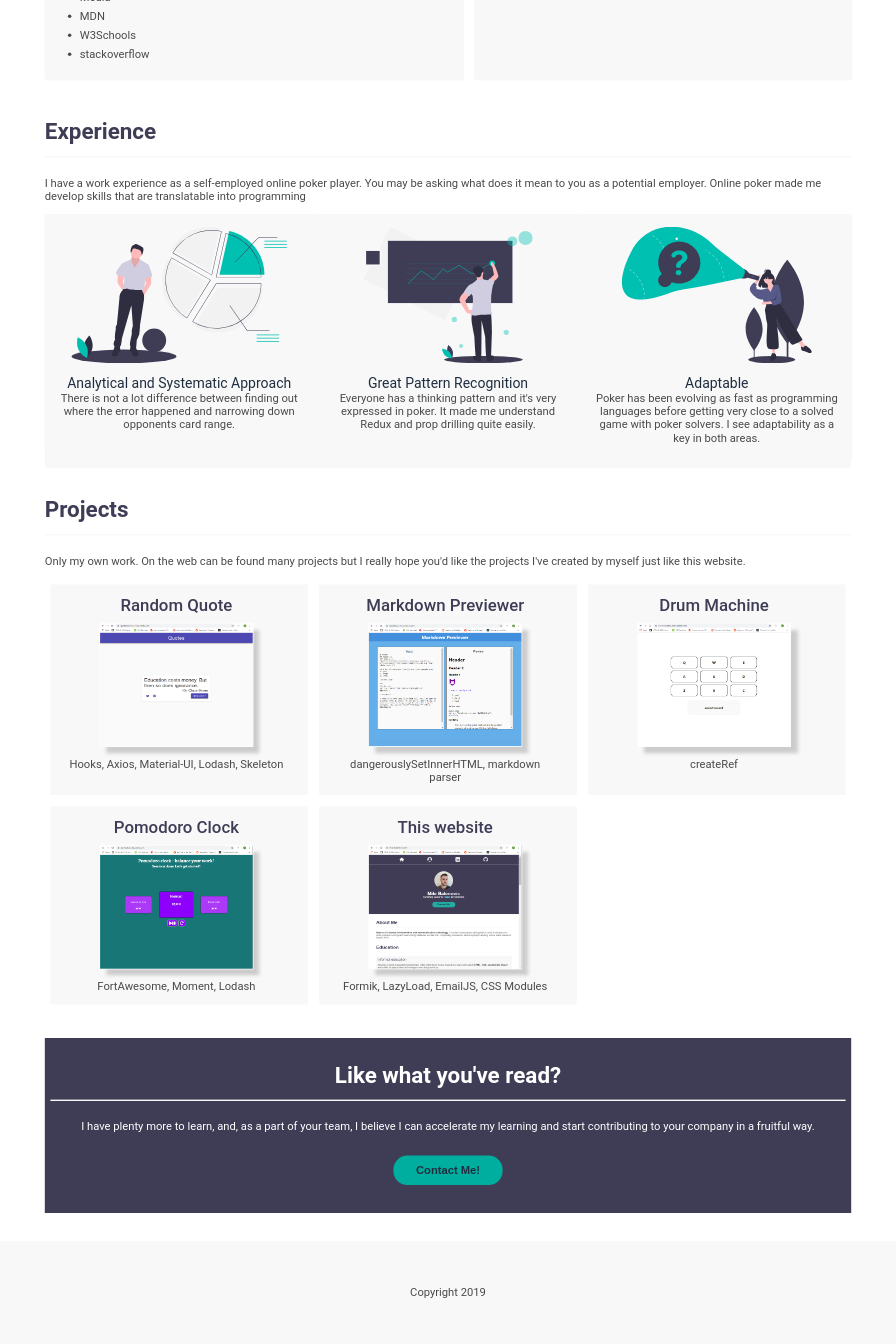
Repository: milac0/my-website
Page: /
The author's editor kept a copy of each file at every save. The page is drawn from the files as they stood at one save, then again after the next save.
The browser window is 1280 px wide. The pictures show the part of the page from y = 917 to 2837 px (the page is 2837 px tall before and 2820 px after), at 70% of full size.
The project was rebuilt for these pictures with package versions that can differ from the ones it lists, and the page was loaded fresh each time. Also part of the build but not shown: src/components/formContact.module.css, src/components/FormContact.js, src/pages/contact.module.css, src/pages/Contact.js. Imported but missing from the stored project, and not drawn on this page: src/resume.pdf.

Above is the page before, as saved 2019-10-29 20:04:59.

### public/index.html
<!DOCTYPE html>
<html lang="en">
  <head>
    <meta charset="utf-8" />
    <link rel="icon" href="%PUBLIC_URL%/favicon.ico" />
    <meta name="viewport" content="width=device-width, initial-scale=1" />
    <meta name="theme-color" content="#000000" />
    <meta
      name="description"
      content="Web site created using create-react-app"
    />
    <!--
      manifest.json provides metadata used when your web app is installed on a
      user's mobile device or desktop. See https://developers.google.com/web/fundamentals/web-app-manifest/
    -->
    <link rel="manifest" href="%PUBLIC_URL%/manifest.json" />
    <!--
      Notice the use of %PUBLIC_URL% in the tags above.
      It will be replaced with the URL of the `public` folder during the build.
      Only files inside the `public` folder can be referenced from the HTML.

      Unlike "/favicon.ico" or "favicon.ico", "%PUBLIC_URL%/favicon.ico" will
      work correctly both with client-side routing and a non-root public URL.
      Learn how to configure a non-root public URL by running `npm run build`.
    -->
    <title>Mile Balenovic</title>
  </head>
  <body>
    <noscript>You need to enable JavaScript to run this app.</noscript>
    <div id="root"></div>
    <!--
      This HTML file is a template.
      If you open it directly in the browser, you will see an empty page.

      You can add webfonts, meta tags, or analytics to this file.
      The build step will place the bundled scripts into the <body> tag.

      To begin the development, run `npm start` or `yarn start`.
      To create a production bundle, use `npm run build` or `yarn build`.
    -->
  </body>
</html>

### src/index.css
html, body {
  height: 100%;
}

body {
  margin: 0;
  font-family: 'Roboto', sans-serif;
  -webkit-font-smoothing: antialiased;
  -moz-osx-font-smoothing: grayscale;
}

/*****
  Navbar & Hero
*****/

header,
.hero {
  background:#3F3D56;
  border-bottom: 0.1px solid #ffffff;
  text-align: center;
}

.hero {
  margin-bottom: 2em;
}

.container {
  width: 90%;
  max-width: 1200px;
  margin: 0 auto;
}

nav li {
  list-style: none;
  max-width: 400px;
  margin: 0 auto;
  display: flex;
  justify-content: space-evenly;
  align-items: center;
}

.nav-item:hover {
  filter: invert(0.1);
}
nav ul {
  padding: 0;
}

.hero {
  margin-bottom: 2.5em;
}

.hero-profile {
  padding: 3em 0;
}

.hero-profile-image {
  width: 128px;
  height: 128px;
  background-color: #F8F8F9;
  margin: 0 auto;
  margin-bottom: 0.5em;
  border-radius: 50%;
}

.hero-profile-title,
.hero-profile-subtitle {
  color: #ffffff;
}

.hero-profile h1 {
  margin: 0;
  font-size: 2rem;
}

.hero-profile p {
  font-size: 1rem;
  margin: 0;
  margin-top: -0.25rem;
  margin-bottom: 1.5em;
}

.hero-profile-subtitle strong {
  font-weight: 700;
  color: #61dafb;
}

.button-cta,
.button-home {
  background: #00AEA0;
  color: #1f2e3f;
  padding: 0.75em 2em;
  border: none;
  border-radius: 20px;
  font-size: 1rem;
  font-weight: 700;
  text-decoration: none;
}

.button-cta:hover,
.button-cta:focus {
  background: #00C1B1;
  color: #1f2e3f;
  cursor: pointer;
}

.button-home {
  background: #ffffff;
  border: 2px solid #1f2e3f;
  padding: 0.3em 1em;
}

.button-home:hover,
.button-home:focus {
  border: 2px solid #ffffff;
 filter: invert(0.1);
}

/*****
  Typography
*****/

h1 {
  color: #3F3D56;
}

h2 {
  color: #3F3D56;
  font-size: 1.5rem;
  font-weight: 500;
  margin: 0;
}

p,
ul {
  color: #4a4a4a;
}

.section-skill h2 {
  color: #1F2E3F;
  font-size: 1.25rem;
  font-weight: 400;
  margin: 0;
}

.section-body {
  font-size: 1rem;
  margin-bottom: 1em;
}

#section-cta .section-title,
#section-cta .section-body {
  color: #ffffff;
}

/*****
  Layout
*****/
section {
  margin-bottom: 2.5em;
}

.section-title {
  border-bottom: 2px solid #F8F8F9;
  font-size: 2rem;
  padding-bottom: 0.5em;
}

.article-education,
.section-skill {
  box-shadow: 2px 2px #F8F8F9;
  border: 2px solid #F8F8F9;
  margin-bottom: 1em;
  padding: 0.5em;
}

.article-education li{
  margin-bottom: 0.5em;
}

.section-skill {
  background: #F8F8F9;
  text-align: center;
}

.section-skill p {
  margin: 0;
}

.responsive-container {
    width: 100%;
    padding-bottom: 56.25%; /* 9/16 = aspect ratio of image */
    position: relative;
    margin: 0 auto 1em auto;
}

.section-skill-image {
  height: 100%;
  width: 100%;
  position: absolute;
  left: 0;
  right: 0;
  margin: auto;
}

article {
  background: #F8F8F9;
  padding: 1em 2em 0.5em 1.5em;
  margin-bottom: 0.5em;
}

article p {
  margin-top: 1em;
  margin-bottom: 0.5em;
}

article h2 {
  margin-bottom: 0.5em;
}

.projects article {
  text-align: center;
}

.project-image {
  height: 100%;
  width: 70%;
  position: absolute;
  left: 0;
  right: 0;
  top: 0;
  bottom: 0;
  margin: auto;
  cursor: pointer;
  border: 1px solid #fff;
  box-shadow: 10px 10px 5px #ccc;
}

.project-image:hover {
  filter: invert(0.1);
}

#section-cta {
  padding-bottom: 5em;
  background: #3F3D56;
}

#section-cta{
  text-align: center;
  padding: 0.5em;
}

#section-cta .button-cta {
  margin: 1em 0 2em 0;
}

footer {
  background: #F8F8F9;
  padding: 3em 0;
  width: 100%;
  text-align: center;
  flex-shrink: 0;
}

.invalid-feedback {
  color: #D8000C;
  font-size: 0.75rem;
  font-family: 'Roboto', sans-serif;
}

@media (min-width: 752px) {
  nav li {
    max-width: 100%;
    margin: 0 auto;
    display: flex;
    justify-content: flex-end;
    align-items: center;
    position: relative;
  }

  nav ul {
    margin-left: 3em;
  }

  .nav-home-item {
    position: absolute;
    left: 0;
    margin: 0;
  }

  .articles-education {
    display: flex;
    flex-direction: row;
    justify-content: space-between;
  }

  .education-one {
    margin-right: 0.5em;
  }

  .education-two {
    margin-left: 0.5em;
  }

  .section-skills {
    background: #F8F8F9;
    display: flex;
    flex-direction: row;
    align-items: baseline;
  }
  .section-skill {
    flex: 1 1 200px;
    padding: 1em;
  }

  .projects {
    display: grid;
    grid-template-columns: repeat(auto-fit,minmax(340px, 1fr));
   }

   .projects article {
    margin: 0.5em;
  }
}

### src/App.js
import React from 'react';
import {
  BrowserRouter as Router,
  Switch,
  Route,
} from "react-router-dom";
import Home from './pages/Home'
import Contact from './pages/Contact';

function App() {
  return (
      <Router>
        <Switch>
        <Route path ="/" exact component={Home} />
        <Route path ="/contact" component={Contact} />
        </Switch>
      </Router>

  );
}

export default App;

### src/pages/Home.js
import React, { Fragment } from "react";
import Navbar from "../components/Navbar";
import Hero from "../components/Hero";
import AboutMe from "../components/AboutMe";
import Education from "../components/Education";
import Experience from "../components/Experience";
import Projects from "../components/Projects";
import SectionCTA from "../components/SectionCTA";
import Footer from "../components/Footer";

const Home = () => {
  return (
    <Fragment>
      <Navbar />
      <Hero />
      <main>
        <div className="container">
          <AboutMe />
          <Education />
          <Experience />
          <Projects />
          <SectionCTA />
        </div>
      </main>
      <Footer />
    </Fragment>
  );
};

export default Home;

### src/components/Navbar.js
import React from "react";
import { Link } from "react-router-dom";

import resumeIcon from "../images/resume.png";
import linkedinIcon from "../images/linkedin.png";
import githubIcon from "../images/github.png";
import homeIcon from "../images/home.png";
import resumePdf from "../resume.pdf";

//mui
import Tooltip from "@material-ui/core/Tooltip";

const Navbar = () => {
  return (
    <header>
      <div className="container">
        <nav>
          <li>
            <ul className="nav-home-item">
              <Tooltip title="Home">
                <Link to="/">
                  <img className="nav-item" src={homeIcon} alt="home" />
                </Link>
              </Tooltip>
            </ul>
            <ul>
              <Tooltip title="Resume">
                <a href={resumePdf} download target="_self">
                  <img className="nav-item" src={resumeIcon} alt="resume" />
                </a>
              </Tooltip>
            </ul>
            <ul>
              <Tooltip title="Linkedin">
                <a
                  href="https://www.linkedin.com/in/mile-balenovi%C4%87-a4ab9188/"
                  target="_blank"
                  rel="noopener noreferrer"
                >
                  <img className="nav-item" src={linkedinIcon} alt="linkedin" />
                </a>
              </Tooltip>
            </ul>
            <ul>
              <Tooltip title="Github">
                <a
                  href="https://github.com/milac0"
                  target="_blank"
                  rel="noopener noreferrer"
                >
                  <img className="nav-item" src={githubIcon} alt="github" />
                </a>
              </Tooltip>
            </ul>
          </li>
        </nav>
      </div>
    </header>
  );
};

export default Navbar;

### src/components/Hero.js
import React from "react";
import { Link } from "react-router-dom";
import profileImg from "../images/profile.png";

const Hero = () => {
  return (
    <div className="hero">
      <div className="container">
        <div className="hero-profile">
          <div className="hero-profile-image">
            <img src={profileImg} alt="profile" />
          </div>
          <h1 className="hero-profile-title">Mile Balenovic</h1>
          <p className="hero-profile-subtitle">
            Switching career to <strong>React</strong> development
          </p>
          <Link to="/contact">
            <button className="button-cta">Contact Me!</button>
          </Link>
        </div>
      </div>
    </div>
  );
};

export default Hero;

### src/components/AboutMe.js
import React from "react";

const AboutMe = () => {
  return (
    <section>
      <h1 className="section-title">About Me</h1>
      <p className="section-body">
        <strong>
          Master of Science in Information and Communication Technology.
        </strong>{" "}
        Constant learning and skill growth motivate me, while problem-solving
         and overcoming obstacles excite me. Completely involved
        in JavaScript upon ending online poker career in March 2019.
      </p>
    </section>
  );
};

export default AboutMe;

### src/components/Education.js
import React from "react";

const Education = () => {
  return (
    <section>
      <h1 className="section-title">Education</h1>
      <div className="articles-education">
      <article className="article-education education-one">
        <h2>Informal Education</h2>
        <p>
          Internet is full of programming materials. Sites listed down below
          helped me learn a lot about
          <strong> HTML</strong>, <strong>CSS</strong>,{" "}
          <strong>JavaScript</strong>,<strong> React</strong> and a little bit
          about other technologies from the ground up
        </p>
        <ul>
          <li>freeCodeCamp.org</li>
          <li>Udemy courses from Andrew Mead and Maximilian Schwarzmüller</li>
          <li>
            Youtube tutorials from channels: classNameed, The Net Ninja, Travery
            Media{" "}
          </li>
          <li>MDN</li>
          <li>W3Schools</li>
          <li>stackoverflow</li>
        </ul>
      </article>
      <article className="article-education education-two">
        <h2>Formal Education</h2>
        <ul>
          <li>
            <strong>
              University of Zagreb, Faculty of Electrical Engineering and
              Computing
            </strong>
            , Master of Science in Information and Communication Technology -
            Oct 2011 - Sep 2014
          </li>
          <li>
            <strong>
              University of Zagreb, Faculty of Electrical Engineering and
              Computing
            </strong>
            , Bachelor of Science in Computing - Oct 2008 - Jun 2011
          </li>
          <li>
            <strong>Technical School of Ruđer Bošković</strong> - Sep 2004 - May
            2008
          </li>
        </ul>
      </article>
      </div>
    </section>
  );
};

export default Education;

### src/components/Experience.js
import React from "react";
import LazyLoad from "react-lazyload";
import analyticalImg from "../images/analytical.svg";
import patternImg from "../images/pattern.svg";
import adaptiveImg from "../images/adaptive.svg";

const Experience = () => {
  return (
    <section>
      <h1 className="section-title">Experience</h1>
      <p className="section-body">
        I have a work experience as a self-employed online poker player. You may
        be asking what does it mean to you as a potential employer. Online poker
        made me develop skills that are translatable into programming
      </p>
      <div className="section-skills">
      <div className="section-skill">
      <div className="section-skill-image-container">
        <LazyLoad>
          <div className="responsive-container">
          <img
            className="section-skill-image"
            src={analyticalImg}
            alt="analytical"
          />
          </div>
        </LazyLoad>
        </div>
        <h2>Analytical and Systematic Approach</h2>
        <p>
          There is not a lot difference between finding out where the error happened
          and narrowing down opponents card range.
        </p>
      </div>
      <div className="section-skill">
        <LazyLoad>
        <div className="responsive-container">
          <img className="section-skill-image" src={patternImg} alt="pattern" />
          </div>
        </LazyLoad>
        <h2>Great Pattern Recognition</h2>
        <p>
          Everyone has a thinking pattern and it's very expressed in poker. It made
          me understand Redux and prop drilling quite easily.
        </p>
      </div>
      <div className="section-skill">
        <LazyLoad>
        <div className="responsive-container">
          <img className="section-skill-image" src={adaptiveImg} alt="" />
          </div>
        </LazyLoad>
        <h2>Adaptable</h2>
        <p>
          Poker has been evolving as fast as programming languages before
          getting very close to a solved game with poker solvers. I see adaptability
          as a key in both areas.
        </p>
      </div>
      </div>
    </section>
  );
};

export default Experience;

### src/components/Projects.js
import React from "react";
import LazyLoad from "react-lazyload";

import quoteImg from "../images/quote.PNG";
import markdownImg from "../images/markdown.PNG";
import pomodoroImg from "../images/pomodoro.PNG";
import drumImg from "../images/drum.PNG";
import thissiteImg from '../images/thissite.PNG'

const Projects = () => {
  return (
    <section>
      <h1 className="section-title">Projects</h1>
      <p className="section-body">
        Only my own work. On the web can be found many projects but I really hope
        you'd like the projects I've created by myself just like this website.
      </p>
      <div className="projects">
      <article>
        <h2>Random Quote</h2>
        <a
          href="https://quotemachine-milac.netlify.com/"
          target="_blank"
          rel="noopener noreferrer"
        >
          <LazyLoad>
          <div className="responsive-container">
            <img className="project-image" src={quoteImg} alt="quote-machine" />
            </div>
          </LazyLoad>
        </a>
        <p>Hooks, Axios, Material-UI, Lodash, Skeleton</p>
      </article>
      <article>
        <h2>Markdown Previewer</h2>
        <a
          href="https://markdown-milac.netlify.com/"
          target="_blank"
          rel="noopener noreferrer"
        >
          <LazyLoad>
          <div className="responsive-container">
            <img
              className="project-image"
              src={markdownImg}
              alt="markdown-previewer"
            />
            </div>
          </LazyLoad>
        </a>
        <p>dangerouslySetInnerHTML, markdown parser</p>
      </article>
      <article>
        <h2>Drum Machine</h2>
        <a
          href="https://drummachine-milac.netlify.com/"
          target="_blank"
          rel="noopener noreferrer"
        >
          <LazyLoad>
          <div className="responsive-container">
            <img className="project-image" src={drumImg} alt="drum-machine" />
            </div>
          </LazyLoad>
        </a>
        <p>createRef</p>
      </article>
      <article>
        <h2>Pomodoro Clock</h2>
        <a
          href="https://pomodoro-clo.netlify.com/"
          target="_blank"
          rel="noopener noreferrer"
        >
          <LazyLoad>
          <div className="responsive-container">
            <img
              className="project-image"
              src={pomodoroImg}
              alt="pomodoro clock"
            />
            </div>
          </LazyLoad>
        </a>
        <p>FortAwesome, Moment, Lodash</p>
      </article>
      <article>
        <h2>This website</h2>
        <a
          href="https://mile-balenovic.com/"
          target="_blank"
          rel="noopener noreferrer"
        >
          <LazyLoad>
          <div className="responsive-container">
            <img
              className="project-image"
              src={thissiteImg}
              alt="this website"
            />
            </div>
          </LazyLoad>
        </a>
        <p>Formik, LazyLoad, EmailJS, CSS Modules</p>
      </article>
      </div>
    </section>
  );
};

export default Projects;

### src/components/SectionCTA.js
import React from "react";
import { Link } from "react-router-dom";

const SectionCTA = () => {
  return (
    <section id="section-cta">
      <h1 className="section-title">Like what you've read?</h1>
      <p className="section-body">
        I have plenty more to learn, and, as a part of your team, I believe I can
        accelerate my learning and start contributing to your company in a fruitful way.
      </p>
      <Link to="/contact">
        <button className="button-cta">Contact Me!</button>
      </Link>
    </section>
  );
};

export default SectionCTA;

### src/components/Footer.js
import React from "react";

const Footer = () => {
  return (
    <footer>
      <p> Copyright 2019</p>
    </footer>
  );
};

export default Footer;

Loaded but not shown: src/index.js (common file)

After the next save:
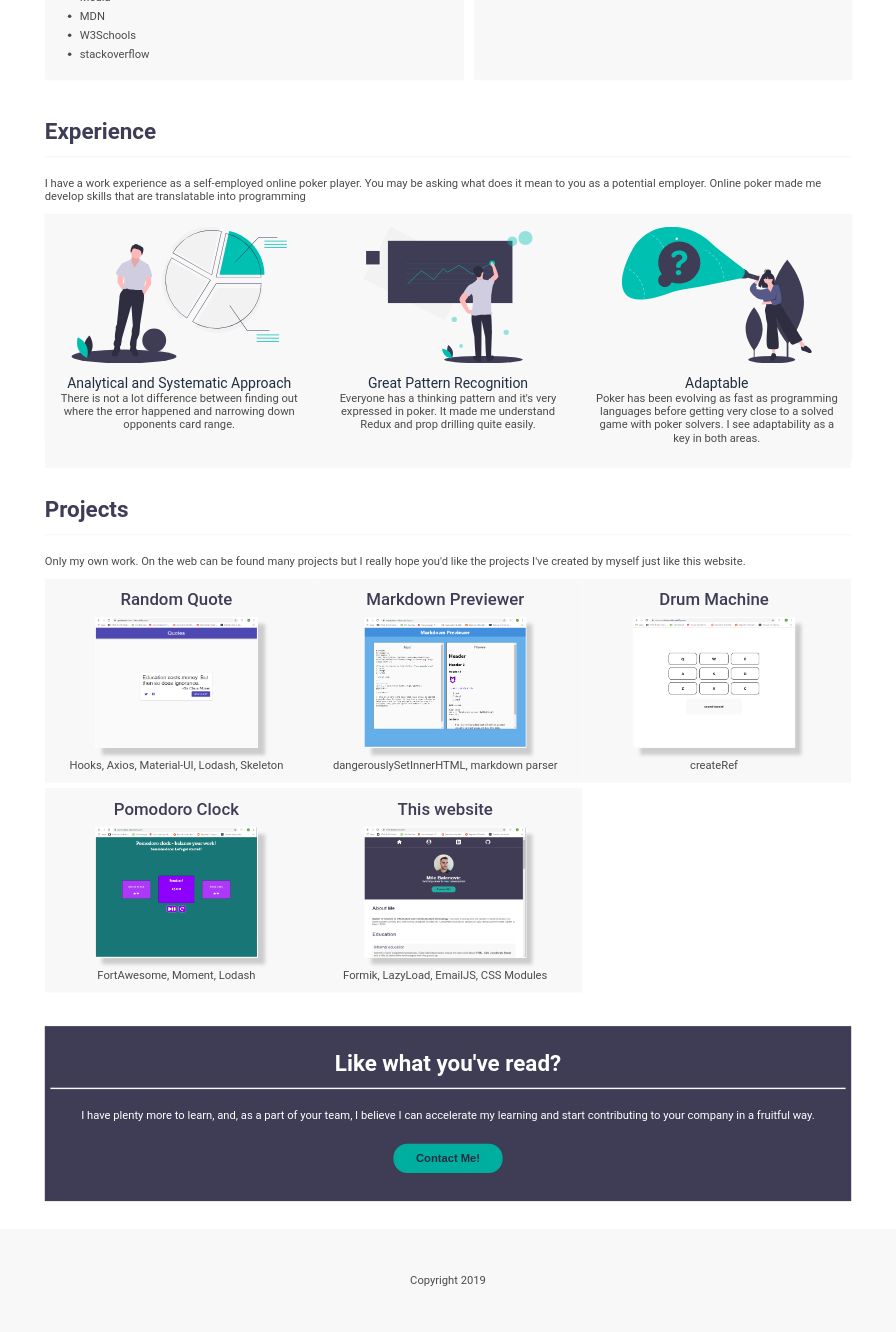
Saved 2 min 26 s later.
--- a/src/index.css
+++ b/src/index.css
@@ -318,7 +318,7 @@ footer {
     grid-template-columns: repeat(auto-fit,minmax(340px, 1fr));
    }
 
-   .projects article {
+   /* .projects article {
     margin: 0.5em;
-  }
-}
+  } */
+}
